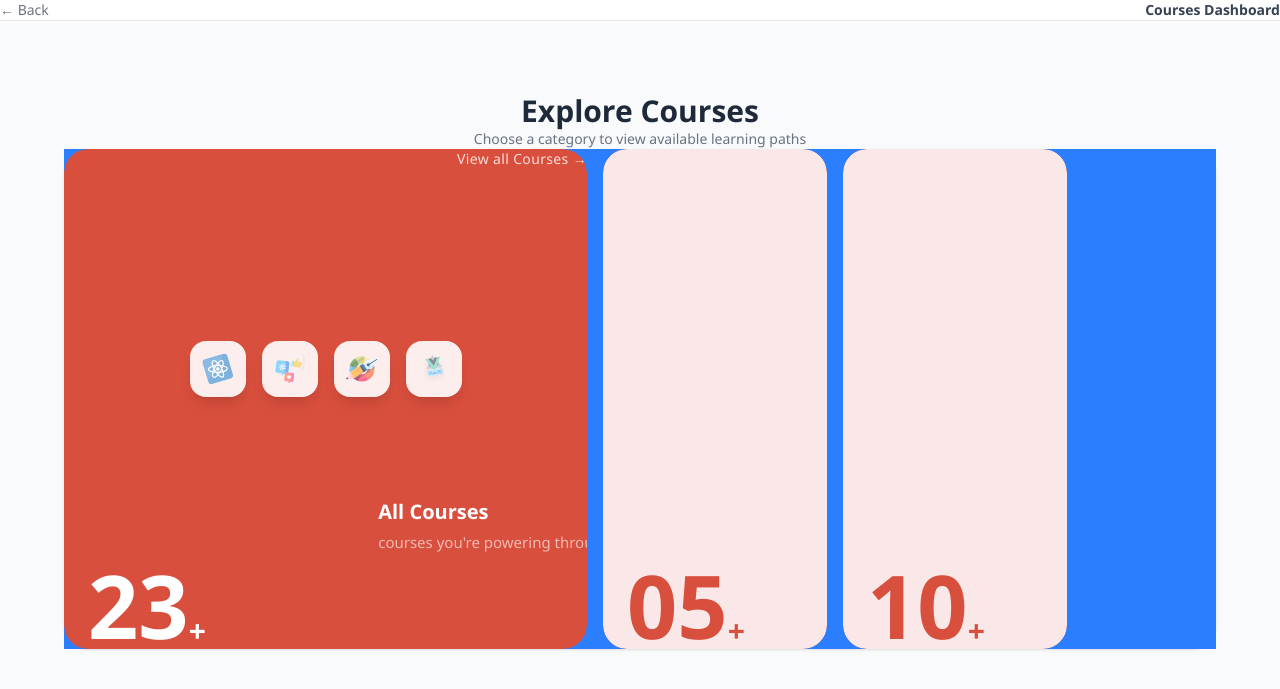
Repository: RahulRajKhadka/nextjs-dashboard-app
Page: /task2
These files come from the project's save history. The page is drawn as it stood at one moment and after the next save; the edit follows.
The browser window is 1280 px wide. The pictures show the whole page.
The project was rebuilt for these pictures with package versions that can differ from the ones it lists, and the page was loaded fresh each time. The framework's server and built-in components were replaced by stand-ins that run in the browser. Also part of the build but not shown: next.config.ts.

Above is the page before, as saved 2026-04-10 14:27:06.

### src/app/layout.tsx
import type { Metadata } from "next";
import "./globals.css";

export const metadata: Metadata = {
  title: "SkillShikshya Tasks",
  description: "Frontend & Logical Tasks",
};

export default function RootLayout({
  children,
}: {
  children: React.ReactNode;
}) {
  return (
    <html lang="en">
      <body>{children}</body>
    </html>
  );
}

### src/app/task2/page.tsx
"use client";
import dynamic from "next/dynamic";
import Link from "next/link";

const CourseCards = dynamic(() => import("@/components/task2/CourseCards"), {
  loading: () => (
    <div className="flex items-center justify-center h-[300px] text-gray-400 text-sm">
      Loading courses...
    </div>
  ),
  ssr: false,
});

export default function Task2Page() {
  return (
    <main className="min-h-screen bg-gray-50 flex flex-col">

      {/* Top Bar */}
      <div className="flex items-center justify-between px-6 md:px-10 py-4 border-b border-gray-200 bg-white">
        <Link
          href="/"
          className="text-sm text-gray-500 hover:text-gray-900 transition-colors"
        >
          ← Back
        </Link>

        <span className="text-sm font-semibold text-gray-700">
          Courses Dashboard
        </span>
      </div>

      {/* Centered Content */}
      <div className="flex-1 flex items-center justify-center px-4 py-10">

        <div className="w-full max-w-6xl">

          {/* Heading */}
          <div className="mb-8 text-center mt-10">
            <h1 className="text-3xl font-bold text-gray-800">
              Explore Courses
            </h1>
            <p className="text-gray-500 text-sm mt-2">
              Choose a category to view available learning paths
            </p>
          </div>

          {/* Cards */}
          <div className="bg-white rounded-3xl shadow-sm p-4 md:p-6">
            <CourseCards />
          </div>

        </div>

      </div>
    </main>
  );
}

### src/app/globals.css
@import "tailwindcss";

* {
  margin: 0;
  padding: 0;
  box-sizing: border-box;
}

html {
  scroll-behavior: smooth;
}

body {
  font-family: "Segoe UI", sans-serif;
  background-color: #f5f5f5;
}

.vertical-text {
  writing-mode: vertical-rl;
  transform: rotate(180deg);
}

### src/components/task2/CourseCards.tsx
"use client";

import { useState, useRef, useLayoutEffect } from "react";
import CourseCard from "./CourseCard";
import { courseCardsData } from "./courseCardsData";
import gsap from "gsap";

export default function CourseCards() {
  const [expandedId, setExpandedId] = useState<number>(1);
  const [directionMap, setDirectionMap] = useState<Map<number, "left" | "right">>(new Map());

  const cardRefs = useRef<(HTMLDivElement | null)[]>([]);
  const labelRefs = useRef<(HTMLDivElement | null)[]>([]); // Store label refs
  const numberRefs = useRef<(HTMLDivElement | null)[]>([]); // Store number refs
  const containerRef = useRef<HTMLDivElement>(null);
  const expandedWidth = useRef(0);
  const collapsedWidth = useRef(0);
  const isAnimating = useRef(false);

  useLayoutEffect(() => {
    const container = containerRef.current;
    if (!container) return;

    const totalWidth = container.clientWidth;
    const gap = 16;
    const totalGap = gap * (courseCardsData.length - 1);
    const unit = (totalWidth - totalGap) / courseCardsData.length;

    expandedWidth.current = unit * 1.4;
    collapsedWidth.current = unit * 0.6;

    const initialDirectionMap = new Map<number, "left" | "right">();
    courseCardsData.forEach((course, index) => {
      const initialDirection = index === 0 ? "right" : "left";
      initialDirectionMap.set(course.id, initialDirection);
    });
    setDirectionMap(initialDirectionMap);

    cardRefs.current.forEach((el, i) => {
      if (el) {
        gsap.set(el, {
          width: courseCardsData[i].id === 1 ? expandedWidth.current : collapsedWidth.current,
        });
      }
    });
  }, []);

  const getDirectionForCard = (clickedId: number, currentExpandedId: number): "left" | "right" => {
    const clickedIndex = courseCardsData.findIndex((c) => c.id === clickedId);
    const expandedIndex = courseCardsData.findIndex((c) => c.id === currentExpandedId);

    if (clickedIndex === 0) return "right";
    if (clickedIndex === courseCardsData.length - 1) return "left";

    if (clickedIndex < expandedIndex) return "right";
    return "left";
  };

  const handleCardClick = (courseId: number) => {
    if (courseId === expandedId || isAnimating.current) return;

    const newDirection = getDirectionForCard(courseId, expandedId);
    const prevIndex = courseCardsData.findIndex((c) => c.id === expandedId);
    const newIndex = courseCardsData.findIndex((c) => c.id === courseId);

    isAnimating.current = true;

    const tl = gsap.timeline({
      onComplete: () => {
        isAnimating.current = false;
      },
    });

    setDirectionMap(prev => {
      const newMap = new Map(prev);
      newMap.set(courseId, newDirection);
      return newMap;
    });

    // Get label and number elements for animation
    const oldLabel = labelRefs.current[prevIndex];
    const newLabel = labelRefs.current[newIndex];
    const oldNumber = numberRefs.current[prevIndex];
    const newNumber = numberRefs.current[newIndex];
    const courseData = courseCardsData[newIndex];

    // Animate old card collapse
    tl.to(cardRefs.current[prevIndex], {
      width: collapsedWidth.current,
      duration: 0.5,
      ease: "power3.inOut",
    }, 0);

    // Animate old label back to collapsed state
    if (oldLabel) {
      tl.to(oldLabel, {
        rotation: -90,
        x: 0,
        y: 0,
        color: courseData.textColor,
        duration: 0.5,
        ease: "power2.inOut",
      }, 0);
    }

    // Animate old number color
    if (oldNumber) {
      tl.to(oldNumber, {
        color: courseData.textColor,
        duration: 0.3,
      }, 0);
    }

    // Update expanded ID mid-timeline
    tl.call(() => {
      setExpandedId(courseId);
    }, null, 0.25);

    // Animate new card expansion
    tl.to(cardRefs.current[newIndex], {
      width: expandedWidth.current,
      duration: 0.5,
      ease: "power3.inOut",
    }, 0.25);

    // Animate new label to expanded position
    if (newLabel && newNumber) {
      const labelRect = newLabel.getBoundingClientRect();
      const numberRect = newNumber.getBoundingClientRect();

      const targetX = numberRect.right + 16 - (labelRect.left + labelRect.width / 2);
      const targetY = numberRect.bottom - labelRect.height / 2 - labelRect.top - labelRect.height / 2;

      tl.fromTo(newLabel,
        {
          rotation: -90,
          x: 0,
          y: 0,
          color: courseData.textColor,
        },
        {
          rotation: 0,
          x: targetX,
          y: targetY,
          color: "#ffffff",
          duration: 0.5,
          ease: "back.out(0.3)",
        }, 0.25
      );
    }

    // Animate new number color
    if (newNumber) {
      tl.to(newNumber, {
        color: "#ffffff",
        duration: 0.3,
      }, 0.4);
    }
  };

  return (
    <div ref={containerRef} className="flex gap-4 w-full p-8 bg-blue-500 h-[500px]">
      {courseCardsData.map((course, i) => (
        <div
          key={course.id}
          ref={(el) => {
            cardRefs.current[i] = el;
          }}
          className="shrink-0 overflow-hidden rounded-3xl"
        >
          <CourseCard
            course={course}
            isExpanded={expandedId === course.id}
            direction={directionMap.get(course.id) || (i === 0 ? "right" : "left")}
            isLeftmost={i === 0}
            onClick={() => handleCardClick(course.id)}
            labelRef={(el) => { labelRefs.current[i] = el; }}
            numberRef={(el) => { numberRefs.current[i] = el; }}
          />
        </div>
      ))}
    </div>
  );
}

### src/components/task2/CourseCard.tsx
"use client";

import Image from "next/image";
import { useRef, useLayoutEffect } from "react";
import { CourseCard as CourseCardType } from "@/types";
import gsap from "gsap";

interface Props {
  course: CourseCardType;
  isExpanded: boolean;
  onClick: () => void;
  direction: "left" | "right";
  isLeftmost?: boolean;
}

export default function CourseCard({
  course,
  isExpanded,
  onClick,
  direction,
  isLeftmost = false,
}: Props) {
  const numberRef = useRef<HTMLDivElement>(null);
  const collapsedLabelRef = useRef<HTMLDivElement>(null);
  const iconsRef = useRef<(HTMLSpanElement | null)[]>([]);
  const topbarRef = useRef<HTMLDivElement>(null);
  const expandedViewRef = useRef<HTMLDivElement>(null);
  const circleRef = useRef<HTMLDivElement>(null);

  useLayoutEffect(() => {
    if (!numberRef.current || !collapsedLabelRef.current) return;

    if (isExpanded) {
      // Create a timeline for smooth coordination
      const tl = gsap.timeline();

      // Show expanded view
      gsap.set(expandedViewRef.current, { display: "grid" });

      // Measure label and number positions
      const labelRect = collapsedLabelRef.current.getBoundingClientRect();
      const numberRect = numberRef.current.getBoundingClientRect();

      // Calculate target position (beside number with 16px gap)
      const targetX = numberRect.right + 16 - (labelRect.left + labelRect.width / 2);
      const targetY = numberRect.bottom - labelRect.height / 2 - labelRect.top - labelRect.height / 2;

      // 1. Circle wipe animation
      tl.to(circleRef.current, {
        clipPath: "circle(0% at 0% 100%)",
        duration: 1,
        ease: "power3.inOut",
      }, 0);

      // 2. Label animation (rotate + move) - starts at same time
      tl.fromTo(collapsedLabelRef.current,
        {
          rotation: -90,
          x: 0,
          y: 0,
          color: course.textColor,
        },
        {
          rotation: 0,
          x: 180,
          y: 188,
          color: "#ffffff",
          duration: 0.8,
          ease: "back.out(0.3)",
        }, 0
      );

      // 3. Number color change
      tl.to(numberRef.current, {
        color: "#ffffff",
        duration: 0.4,
      }, 0.2);

      // 4. Top bar animation
      const topbarFromX = direction === "left" ? 60 : -60;
      tl.fromTo(topbarRef.current,
        { opacity: 0, y: -15, x: topbarFromX },
        {
          opacity: 1,
          y: 0,
          x: 0,
          duration: 0.5,
          ease: "power2.out",
        }, 0.3
      );

      // 5. Icons animation (staggered)
      const iconsFromX = direction === "left" ? 120 : -120;
      gsap.set(iconsRef.current, { x: iconsFromX, opacity: 0 });
      iconsRef.current.forEach((icon, i) => {
        tl.to(icon, {
          x: 0,
          opacity: 1,
          duration: 0.4,
          ease: "power2.out",
        }, 0.4 + i * 0.08);
      });

    } else {
      // COLLAPSE ANIMATIONS - Smooth reverse
      const tl = gsap.timeline();

      // 1. Circle expands back
      tl.to(circleRef.current, {
        clipPath: "circle(130% at 0% 80%)",
        duration: 0.8,
        ease: "power3.inOut",
      }, 0);

      // 2. Label returns to collapsed position
      tl.to(collapsedLabelRef.current, {
        rotation: -90,
        x: 0,
        y: 0,
        color: course.textColor,
        duration: 0.6,
        ease: "power2.inOut",
      }, 0);

      // 3. Number color returns
      tl.to(numberRef.current, {
        color: course.textColor,
        duration: 0.3,
      }, 0.1);

      // 4. Hide expanded view
      tl.set(expandedViewRef.current, {
        display: "none"
      }, 0.3);

      // 5. Reset icons and topbar
      tl.set(iconsRef.current, {
        clearProps: "x,opacity"
      }, 0.4);

      tl.set(topbarRef.current, {
        clearProps: "x,y,opacity"
      }, 0.4);
    }
  }, [isExpanded, direction, course.textColor]);

  return (
    <div
      onClick={onClick}
      className="relative rounded-3xl overflow-hidden cursor-pointer h-full w-full"
      style={{ backgroundColor: course.bgExpanded }}
    >
      {/* Background circle */}
      <div
        ref={circleRef}
        className="absolute inset-0 z-[1]"
        style={{
          backgroundColor: course.bg,
          clipPath: "circle(150% at 0% 100%)",
        }}
      />

      {/* NUMBER — always bottom-left */}
      <div className="absolute bottom-0 left-6 z-[3] flex items-end p-4 pointer-events-none">
        <div ref={numberRef} className="flex items-end" style={{ color: course.textColor }}>
          <span
            className="font-black leading-none"
            style={{
              fontSize: "clamp(3.5rem,7vw,5.5rem)",
              color: "inherit",
            }}
          >
            {String(course.count).padStart(2, "0")}
          </span>
          <span className="font-black text-3xl mb-2 ml-1" style={{ color: "inherit" }}>
            +
          </span>
        </div>
      </div>

      {/* SINGLE LABEL — starts centered, rotates and moves on expand */}
      <div className="absolute  top-40 right-20 z-[4]  flex items-center  pointer-events-none">
        <div
          ref={collapsedLabelRef}
          className="flex flex-col gap-1"
          style={{
            transform: "rotate(-90deg)",
            color: course.textColor,
          }}
        >
          <span className="font-bold text-[20px] whitespace-nowrap" style={{ color: "inherit" }}>
            {course.label}
          </span>
          <p className="text-[15px] opacity-60 whitespace-nowrap" style={{ color: "inherit" }}>
            {course.sublabel}
          </p>
        </div>
      </div>

      {/* EXPANDED VIEW — topbar + icons only */}
      <div
        ref={expandedViewRef}
        className="absolute inset-0 z-[2] p-5"
        style={{
          display: isExpanded ? "grid" : "none",
          gridTemplateRows: "auto 1fr auto",
        }}
      >
        {/* Row 1: topbar */}
        <div ref={topbarRef} className="flex justify-end mt-40 opacity-0">
          <span className="text-white/80 text-sm font-medium tracking-wide">
            View all Courses →
          </span>
        </div>

        {/* Row 2: icons */}
        <div className="flex gap-4 items-center justify-center">
          {course.icons?.map((iconPath, i) => (
            <span
              key={i}
              ref={(el) => (iconsRef.current[i] = el)}
              className="w-14 h-14 rounded-2xl bg-white/90 backdrop-blur-sm flex items-center justify-center shadow-lg"
            >
              <Image src={iconPath} alt="" width={32} height={32} className="opacity-80" />
            </span>
          ))}
        </div>

        {/* Row 3: empty spacer */}
        <div className="h-20" />
      </div>
    </div>
  );
}

### src/components/task2/courseCardsData.ts
import { CourseCard } from "@/types";

export const courseCardsData: CourseCard[] = [
  {
    id: 1,
    count: "23",
    label: "All Courses",
    sublabel: "courses you're powering through right now.",
    bg: "#F9E8E7",        // ← was "#D94F3D", should be light pink
    textColor: "#D94F3D",  // ← was "white", red for collapsed state
    bgExpanded: "#D94F3D",
    icons: ["/images/react.svg", "/images/likes.svg", "/images/design.svg", "/images/view.svg"],
  },
  {
    id: 2,
    count: "05",
    label: "Upcoming Courses",
    sublabel: "exciting new courses waiting to boost your skills.",
    bg: "#F9E8E7",
    textColor: "#D94F3D",
    bgExpanded: "#D94F3D",
    icons: ["/images/react.svg", "/images/likes.svg", "/images/design.svg", "/images/view.svg"],
  },
  {
    id: 3,
    count: "10",
    label: "Ongoing Courses",
    sublabel: "currently happening—don't miss out on the action!",
    bg: "#F9E8E7",
    textColor: "#D94F3D",
    bgExpanded: "#D94F3D",
    icons: ["/images/react.svg", "/images/likes.svg", "/images/design.svg", "/images/view.svg"],
  },
];

After the next save:
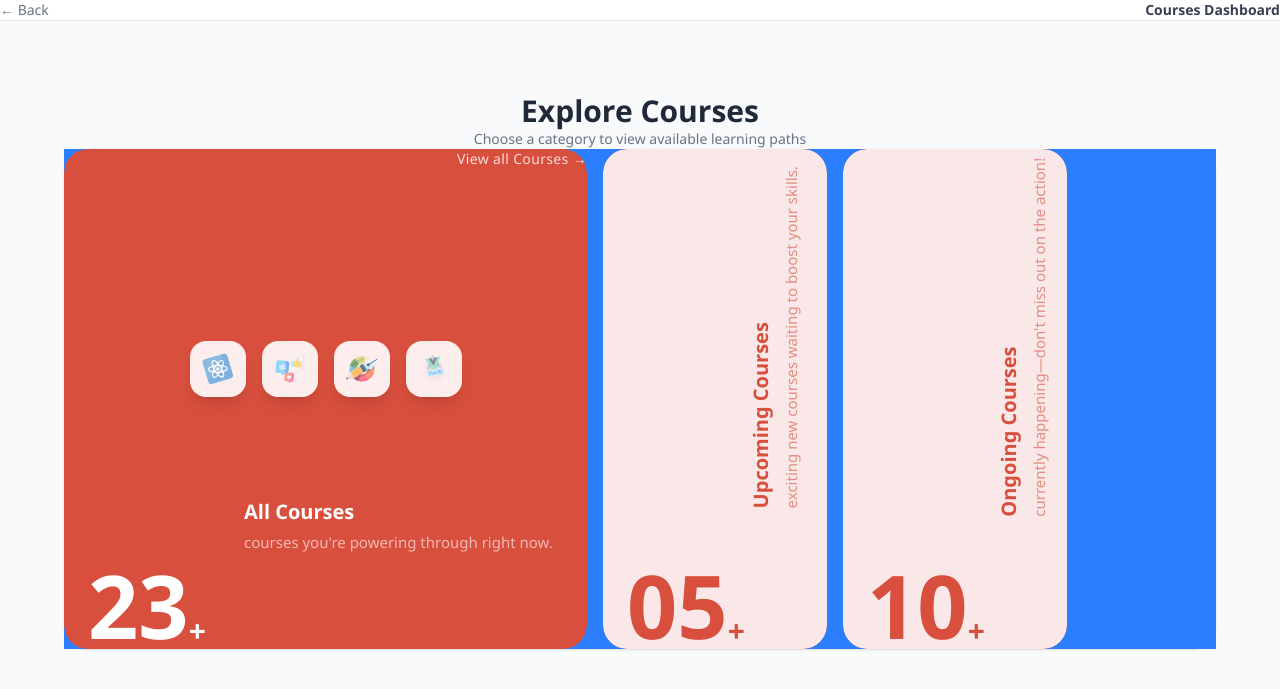
Saved 7 s later.
--- a/src/components/task2/CourseCard.tsx
+++ b/src/components/task2/CourseCard.tsx
@@ -179,7 +179,7 @@
       </div>
 
       {/* SINGLE LABEL — starts centered, rotates and moves on expand */}
-      <div className="absolute  top-40 right-20 z-[4]  flex items-center  pointer-events-none">
+      <div className="absolute  top-40  z-[4]  flex items-center  pointer-events-none">
         <div
           ref={collapsedLabelRef}
           className="flex flex-col gap-1"

After the 2 saves that followed:
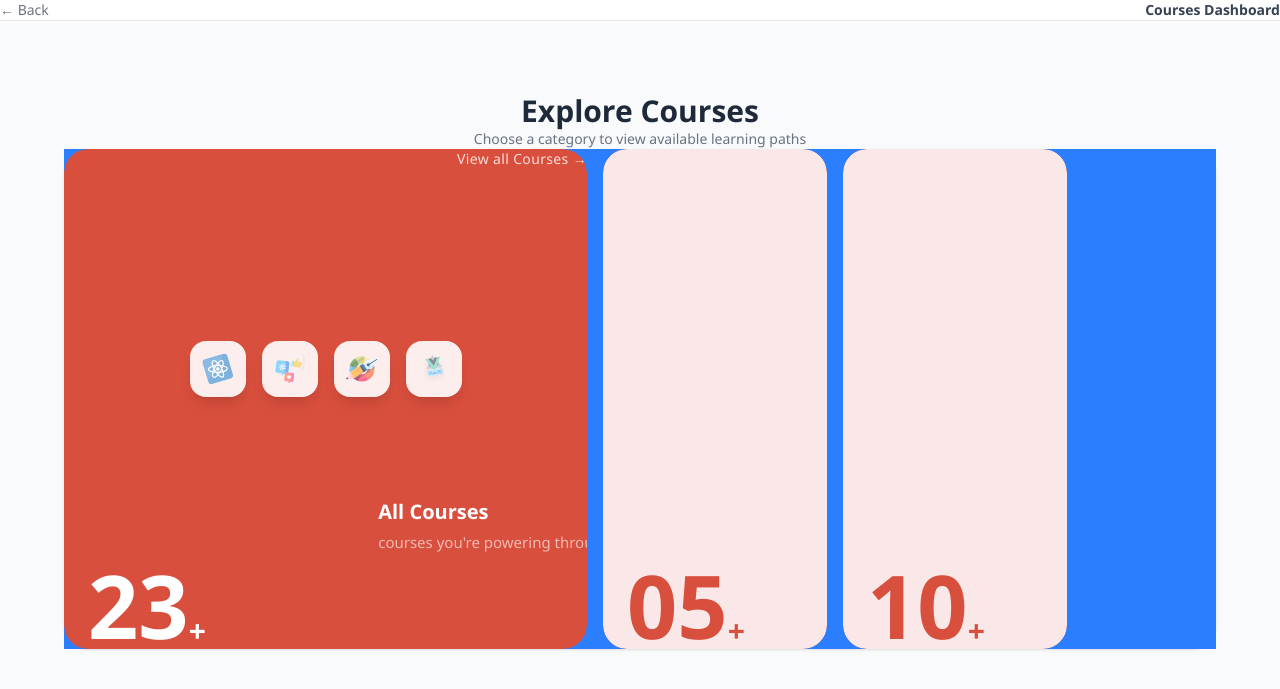
The 2 saves are shown as one change because they came seconds apart.
The last was saved 8 s later.
--- a/src/components/task2/CourseCard.tsx
+++ b/src/components/task2/CourseCard.tsx
@@ -179,7 +179,7 @@
       </div>
 
       {/* SINGLE LABEL — starts centered, rotates and moves on expand */}
-      <div className="absolute  top-40  z-[4]  flex items-center  pointer-events-none">
+      <div className="absolute  top-40 right-20 z-[4]  flex items-center  pointer-events-none">
         <div
           ref={collapsedLabelRef}
           className="flex flex-col gap-1"
